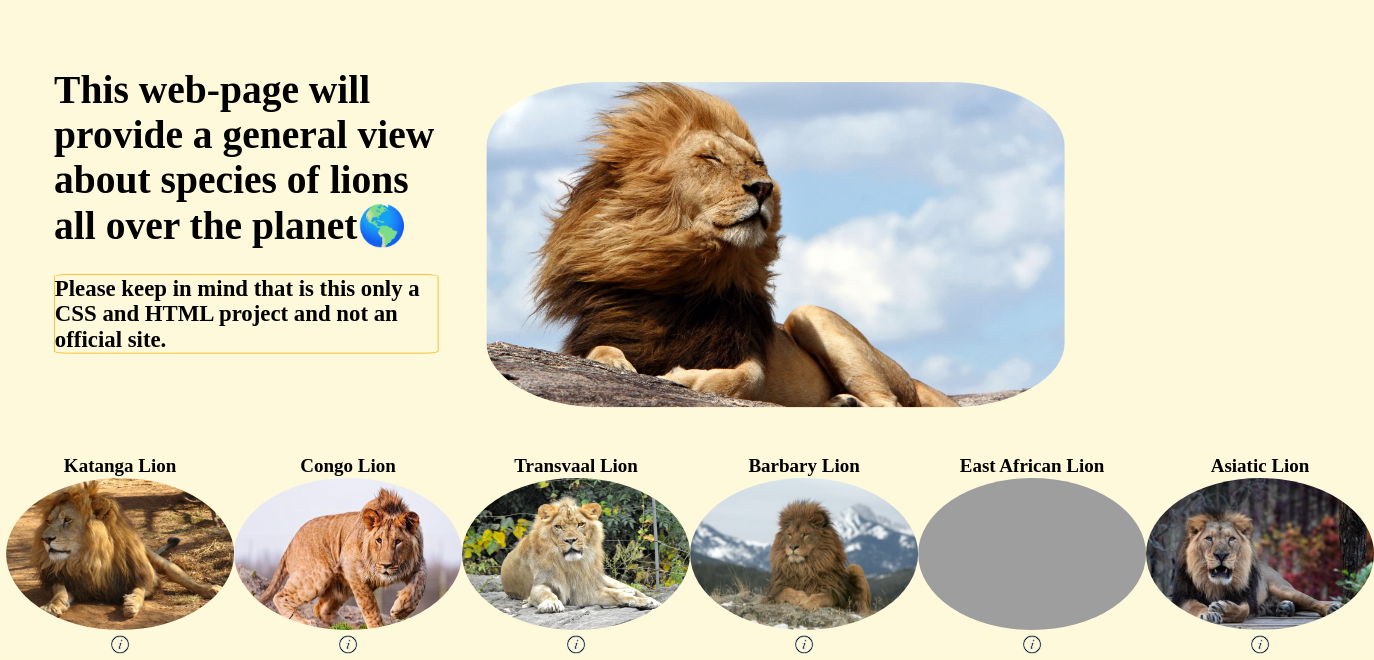
Repository: GeorgeManias/lions_project
Page: index.html
An editor plug-in stored every save of this project. The page is shown before and after the next save, followed by the edit.
The browser window is 1280 px wide. The page is 1808 px wide, so the pictures cover 1808 px, including what lies to the right of the window. The pictures show the whole page, at 76% of full size.
Pictures or frames that could not be fetched are drawn as grey boxes.

Above is the page before, as saved 2021-11-03 21:09:32.

### index.html
<!DOCTYPE html>
<html lang="en">
  <head>
    <link rel="stylesheet" href="index.css" />
    <link
      href="https://fonts.googleapis.com/css2?family=Roboto:ital@1&display=swap"
      rel="stylesheet"
    />
    <title>King of the Jungle</title>
  </head>
  <div class="container">
    <!--This will be the container fro the main_page-->

    <body>
      <!--Class above will support the grid between header and main photo-->
      <div class="headers_and_mainphoto">
        <header>
          <!--This area will be for the upper body part-->
          <h1 class="main_header">
            This web-page will provide a general view about species of lions all
            over the planet🌎
          </h1>
          <h2 class="project_header">
            Please keep in mind that is this only a CSS and HTML project and not
            an official site.
          </h2>
        </header>
        <img
          src="pictures/main_lion.jpg"
          alt="main_lion_photo"
          class="main_photo"
        />
      </div>

      <!--Multiple Pictures Grid Start----------------------------------------------------------------------------------------------->
      <div class="grid_with_6_pictures">
        <!--Katanga_Lion_Start-->
        <h3 id="katanga_title_cord" class="titles_6">Katanga Lion</h3>
        <img
          src="pictures/katanga_lion.jpg"
          alt="katanga_lion"
          id="katanga_img_cord"
          class="img_6"
        />
        <svg
          id="katanga_info_cord"
          class="info_svg"
          xmlns="http://www.w3.org/2000/svg"
          width="24"
          height="24"
          viewBox="0 0 24 24"
        >
          <path
            d="M12 2c5.514 0 10 4.486 10 10s-4.486 10-10 10-10-4.486-10-10 4.486-10 10-10zm0-2c-6.627 0-12 5.373-12 12s5.373 12 12 12 12-5.373 12-12-5.373-12-12-12zm-2.033 16.01c.564-1.789 1.632-3.932 1.821-4.474.273-.787-.211-1.136-1.74.209l-.34-.64c1.744-1.897 5.335-2.326 4.113.613-.763 1.835-1.309 3.074-1.621 4.03-.455 1.393.694.828 1.819-.211.153.25.203.331.356.619-2.498 2.378-5.271 2.588-4.408-.146zm4.742-8.169c-.532.453-1.32.443-1.761-.022-.441-.465-.367-1.208.164-1.661.532-.453 1.32-.442 1.761.022.439.466.367 1.209-.164 1.661z"
          />
        </svg>
        <!--Katanga_Lion_End-->

        <!--Congo_Lion_Start-->
        <h3 id="congo_title_cord" class="titles_6">Congo Lion</h3>
        <img
          src="pictures/congo_lion.jpg"
          alt="congo_lion"
          id="congo_img_cord"
          class="img_6"
        />
        <svg
          id="congo_info_cord"
          class="info_svg"
          xmlns="http://www.w3.org/2000/svg"
          width="24"
          height="24"
          viewBox="0 0 24 24"
        >
          <path
            d="M12 2c5.514 0 10 4.486 10 10s-4.486 10-10 10-10-4.486-10-10 4.486-10 10-10zm0-2c-6.627 0-12 5.373-12 12s5.373 12 12 12 12-5.373 12-12-5.373-12-12-12zm-2.033 16.01c.564-1.789 1.632-3.932 1.821-4.474.273-.787-.211-1.136-1.74.209l-.34-.64c1.744-1.897 5.335-2.326 4.113.613-.763 1.835-1.309 3.074-1.621 4.03-.455 1.393.694.828 1.819-.211.153.25.203.331.356.619-2.498 2.378-5.271 2.588-4.408-.146zm4.742-8.169c-.532.453-1.32.443-1.761-.022-.441-.465-.367-1.208.164-1.661.532-.453 1.32-.442 1.761.022.439.466.367 1.209-.164 1.661z"
          />
        </svg>
        <!--Congo_Lion_End-->

        <!--Transvaal_Lion_Start-->
        <h3 id="Transvaal_title_cord" class="titles_6">Transvaal Lion</h3>
        <img
          src="pictures/Transvaal_lion.jpg"
          alt="Transvaal_lion"
          id="Transvaal_img_cord"
          class="img_6"
        />
        <svg
          id="Transvaal_info_cord"
          class="info_svg"
          xmlns="http://www.w3.org/2000/svg"
          width="24"
          height="24"
          viewBox="0 0 24 24"
        >
          <path
            d="M12 2c5.514 0 10 4.486 10 10s-4.486 10-10 10-10-4.486-10-10 4.486-10 10-10zm0-2c-6.627 0-12 5.373-12 12s5.373 12 12 12 12-5.373 12-12-5.373-12-12-12zm-2.033 16.01c.564-1.789 1.632-3.932 1.821-4.474.273-.787-.211-1.136-1.74.209l-.34-.64c1.744-1.897 5.335-2.326 4.113.613-.763 1.835-1.309 3.074-1.621 4.03-.455 1.393.694.828 1.819-.211.153.25.203.331.356.619-2.498 2.378-5.271 2.588-4.408-.146zm4.742-8.169c-.532.453-1.32.443-1.761-.022-.441-.465-.367-1.208.164-1.661.532-.453 1.32-.442 1.761.022.439.466.367 1.209-.164 1.661z"
          />
        </svg>
        <!--Transvaal_Lion_End-->

        <!--barbary_Lion_Start-->
        <h3 id="barbary_title_cord" class="titles_6">Barbary Lion</h3>
        <img
          src="pictures/barbary_lion.jpg"
          alt="barbary_lion"
          id="barbary_img_cord"
          class="img_6"
        />
        <svg
          id="barbary_info_cord"
          class="info_svg"
          xmlns="http://www.w3.org/2000/svg"
          width="24"
          height="24"
          viewBox="0 0 24 24"
        >
          <path
            d="M12 2c5.514 0 10 4.486 10 10s-4.486 10-10 10-10-4.486-10-10 4.486-10 10-10zm0-2c-6.627 0-12 5.373-12 12s5.373 12 12 12 12-5.373 12-12-5.373-12-12-12zm-2.033 16.01c.564-1.789 1.632-3.932 1.821-4.474.273-.787-.211-1.136-1.74.209l-.34-.64c1.744-1.897 5.335-2.326 4.113.613-.763 1.835-1.309 3.074-1.621 4.03-.455 1.393.694.828 1.819-.211.153.25.203.331.356.619-2.498 2.378-5.271 2.588-4.408-.146zm4.742-8.169c-.532.453-1.32.443-1.761-.022-.441-.465-.367-1.208.164-1.661.532-.453 1.32-.442 1.761.022.439.466.367 1.209-.164 1.661z"
          />
        </svg>
        <!--barbary_Lion_End-->

        <!--east_african_Lion_Start-->
        <h3 id="east_african_title_cord" class="titles_6">East African Lion</h3>
        <img
          src="pictures/east_african.jpg"
          alt="east_african_lion"
          id="east_african_img_cord"
          class="img_6"
        />
        <svg
          id="east_african_info_cord"
          class="info_svg"
          xmlns="http://www.w3.org/2000/svg"
          width="24"
          height="24"
          viewBox="0 0 24 24"
        >
          <path
            d="M12 2c5.514 0 10 4.486 10 10s-4.486 10-10 10-10-4.486-10-10 4.486-10 10-10zm0-2c-6.627 0-12 5.373-12 12s5.373 12 12 12 12-5.373 12-12-5.373-12-12-12zm-2.033 16.01c.564-1.789 1.632-3.932 1.821-4.474.273-.787-.211-1.136-1.74.209l-.34-.64c1.744-1.897 5.335-2.326 4.113.613-.763 1.835-1.309 3.074-1.621 4.03-.455 1.393.694.828 1.819-.211.153.25.203.331.356.619-2.498 2.378-5.271 2.588-4.408-.146zm4.742-8.169c-.532.453-1.32.443-1.761-.022-.441-.465-.367-1.208.164-1.661.532-.453 1.32-.442 1.761.022.439.466.367 1.209-.164 1.661z"
          />
        </svg>
        <!--east_african_Lion_End-->

        <!--asiatic_Lion_Start-->
        <h3 id="asiatic_title_cord" class="titles_6">Asiatic Lion</h3>
        <img
          src="pictures/asiatic_lion.jpg"
          alt="asiatic_lion"
          id="asiatic_img_cord"
          class="img_6"
        />
        <svg
          id="asiatic_info_cord"
          class="info_svg"
          xmlns="http://www.w3.org/2000/svg"
          width="24"
          height="24"
          viewBox="0 0 24 24"
        >
          <path
            d="M12 2c5.514 0 10 4.486 10 10s-4.486 10-10 10-10-4.486-10-10 4.486-10 10-10zm0-2c-6.627 0-12 5.373-12 12s5.373 12 12 12 12-5.373 12-12-5.373-12-12-12zm-2.033 16.01c.564-1.789 1.632-3.932 1.821-4.474.273-.787-.211-1.136-1.74.209l-.34-.64c1.744-1.897 5.335-2.326 4.113.613-.763 1.835-1.309 3.074-1.621 4.03-.455 1.393.694.828 1.819-.211.153.25.203.331.356.619-2.498 2.378-5.271 2.588-4.408-.146zm4.742-8.169c-.532.453-1.32.443-1.761-.022-.441-.465-.367-1.208.164-1.661.532-.453 1.32-.442 1.761.022.439.466.367 1.209-.164 1.661z"
          />
        </svg>
        <!--Multiple Pictures Grid End----------------------------------------------------------------------------------------------->
      </div>
    </body>
  </div>
</html>

<!--1
  Katanga lion
  Congo Lion
  Transvaal lion
  East African lion
  Asiatic lion
  West African lion

-->

### index.css
/*

--- 01 TYPOGRAPHY SYSTEM

- Font sizes (px)
10 / 12 / 14 / 16 / 18 / 20 / 24 / 30 / 36 / 44 / 52 / 62 / 74 / 86 / 98

- Font weights
Default: 400
Medium: 500
Semi-bold: 600
Bold: 700

- Line heights
Default: 1
Small: 1.05
Medium: 1.2
Paragraph default: 1.6

- Letter spacing
-0.5px
0.75px

--- 02 COLORS

- Primary: ##fab005
- Tints:
#fff9db

- Shades:


- Accents:
- Greys

#888
#767676 (lightest grey allowed on #fff)
#6f6f6f (lightest grey allowed on #fdf2e9)
#555
#333

--- 05 SHADOWS

0 2.4rem 4.8rem rgba(0, 0, 0, 0.075);

--- 06 BORDER-RADIUS

Default: 9px
Medium: 11px

--- 07 WHITESPACE

- Spacing system (px)
2 / 4 / 8 / 12 / 16 / 24 / 32 / 48 / 64 / 80 / 96 / 128
*/

html {
  /*εδώ βάζω το 10 με σκοπο το αλλο να έχει ευκολο πολαπλασσιο του rem*/
  font-size: 10px;
  margin-left: 0%;
  margin-right: 0%;
}

body {
  background-color: #fff9db;
}

header {
  margin-left: 10%;
  margin-right: 10%;
}

.main_header {
  font-size: 5.2rem;
}

.project_header {
  font-size: 3rem;
  border: 0.1rem solid #fab005;
  border-radius: 3%;
}

.headers_and_mainphoto {
  /*Αυτο το πεδίο αναφέρεται στο grid*/
  display: grid;
  grid-template-columns: 50% 50%;
  align-items: center;
  margin-bottom: 3%;
}

.grid_with_6_pictures {
  display: grid;
  grid-template-columns: 1fr 1fr 1fr 1fr 1fr 1fr;
  grid-template-rows: auto 1fr auto;
  justify-items: center;
  align-items: flex-end;
}

.main_photo {
  width: 761px;
  margin-top: 100px;
  border-radius: 20%;
}

.img_6 {
  width: 300px;
  height: 200px;
  border-radius: 50%;
}

.titles_6 {
  font-size: 2.5rem;
  margin-bottom: 0.8%;
}

.info_svg {
  margin-top: 2.2%;
  width: 10%;
  stroke: azure;
}

/*//////////////////////////////////////////////////////////////////////////////////////////////////////////////////////////////////////////////////////////////////*/
/*Katanga Lion Cord Start*/
#katanga_title_cord {
  grid-column: 1/2;
  grid-row: 1/2;
}
#katanga_img_cord {
  grid-column: 1/2;
  grid-row: 2/3;
}

#katanga_info_cord {
  grid-column: 1/2;
  grid-row: 3/4;
}
/*Katanga Lion Cord End*/

/*Congo Lion Cord Start*/
#congo_title_cord {
  grid-column: 2/3;
  grid-row: 1/2;
}
#congo_img_cord {
  grid-column: 2/3;
  grid-row: 2/3;
}

#congo_info_cord {
  grid-column: 2/3;
  grid-row: 3/4;
}
/*Congo Lion Cord End*/

/*Transvaal Lion Cord Start*/
#Transvaal_title_cord {
  grid-column: 3/4;
  grid-row: 1/2;
}
#Transvaal_img_cord {
  grid-column: 3/4;
  grid-row: 2/3;
}

#Transvaal_info_cord {
  grid-column: 3/4;
  grid-row: 3/4;
}
/*Transvaal Lion Cord End*/

/*Congo Lion Cord End*/

/*barbary Lion Cord Start*/
#barbary_title_cord {
  grid-column: 4/5;
  grid-row: 1/2;
}
#barbary_img_cord {
  grid-column: 4/5;
  grid-row: 2/3;
}

#barbary_info_cord {
  grid-column: 4/5;
  grid-row: 3/4;
}
/*barbary Lion Cord End*/

/*east_african Lion Cord Start*/
#east_african_title_cord {
  grid-column: 5/6;
  grid-row: 1/2;
}
#east_african_img_cord {
  grid-column: 5/6;
  grid-row: 2/3;
}

#east_african_info_cord {
  grid-column: 5/6;
  grid-row: 3/4;
}
/*east_african Lion Cord End*/

/*asiatic Lion Cord Start*/
#asiatic_title_cord {
  grid-column: 6/7;
  grid-row: 1/2;
}
#asiatic_img_cord {
  grid-column: 6/7;
  grid-row: 2/3;
}

#asiatic_info_cord {
  grid-column: 6/7;
  grid-row: 3/4;
}
/*asiatic Lion Cord End*/
/*//////////////////////////////////////////////////////////////////////////////////////////////////////////////////////////////////////////////////////////////////*/

After the next save:
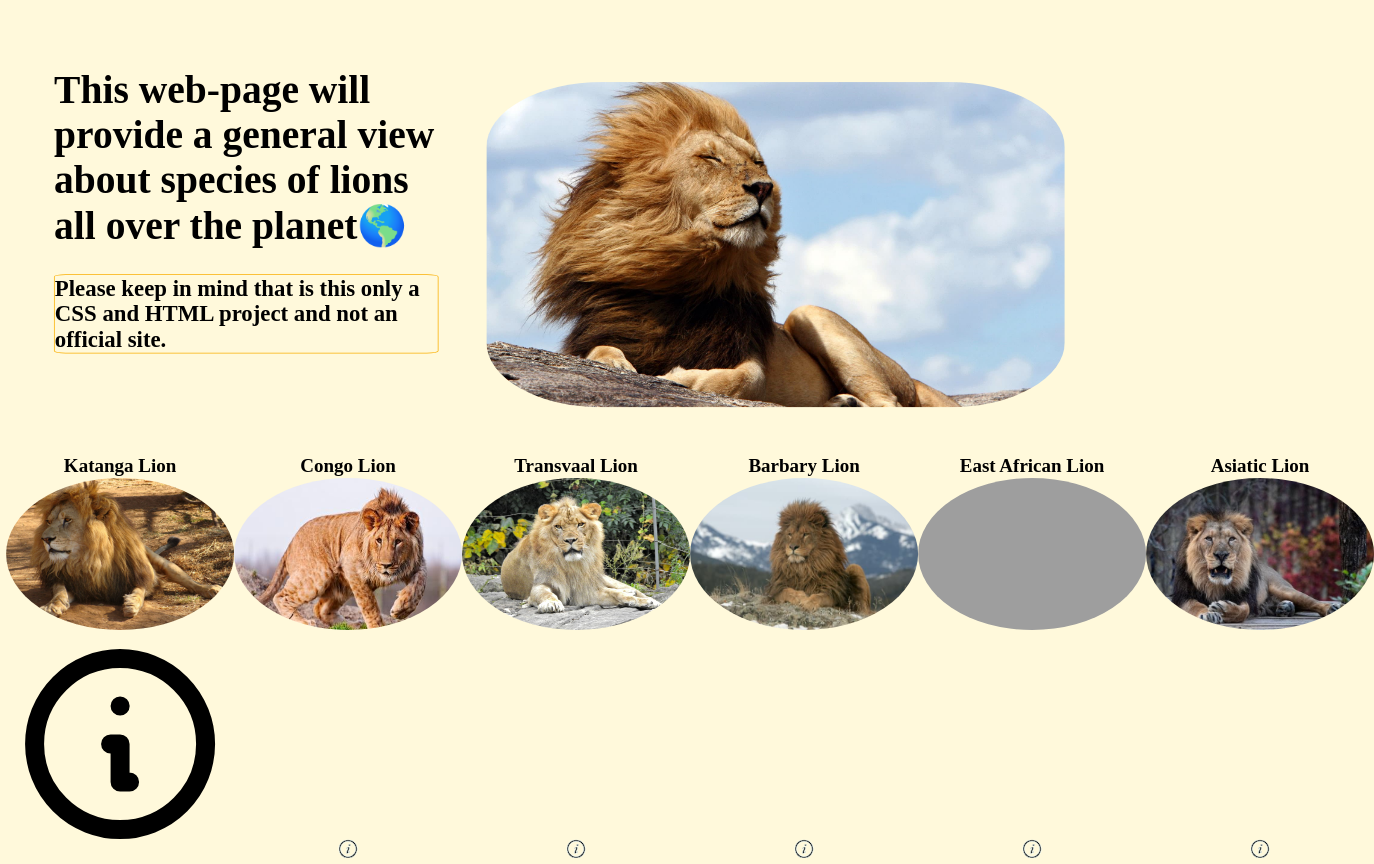
Saved 3 min 0 s later.
--- a/index.html
+++ b/index.html
@@ -43,15 +43,17 @@
           class="img_6"
         />
         <svg
-          id="katanga_info_cord"
-          class="info_svg"
           xmlns="http://www.w3.org/2000/svg"
-          width="24"
-          height="24"
+          class="h-6 w-6"
+          fill="none"
           viewBox="0 0 24 24"
+          stroke="currentColor"
         >
           <path
-            d="M12 2c5.514 0 10 4.486 10 10s-4.486 10-10 10-10-4.486-10-10 4.486-10 10-10zm0-2c-6.627 0-12 5.373-12 12s5.373 12 12 12 12-5.373 12-12-5.373-12-12-12zm-2.033 16.01c.564-1.789 1.632-3.932 1.821-4.474.273-.787-.211-1.136-1.74.209l-.34-.64c1.744-1.897 5.335-2.326 4.113.613-.763 1.835-1.309 3.074-1.621 4.03-.455 1.393.694.828 1.819-.211.153.25.203.331.356.619-2.498 2.378-5.271 2.588-4.408-.146zm4.742-8.169c-.532.453-1.32.443-1.761-.022-.441-.465-.367-1.208.164-1.661.532-.453 1.32-.442 1.761.022.439.466.367 1.209-.164 1.661z"
+            stroke-linecap="round"
+            stroke-linejoin="round"
+            stroke-width="2"
+            d="M13 16h-1v-4h-1m1-4h.01M21 12a9 9 0 11-18 0 9 9 0 0118 0z"
           />
         </svg>
         <!--Katanga_Lion_End-->
